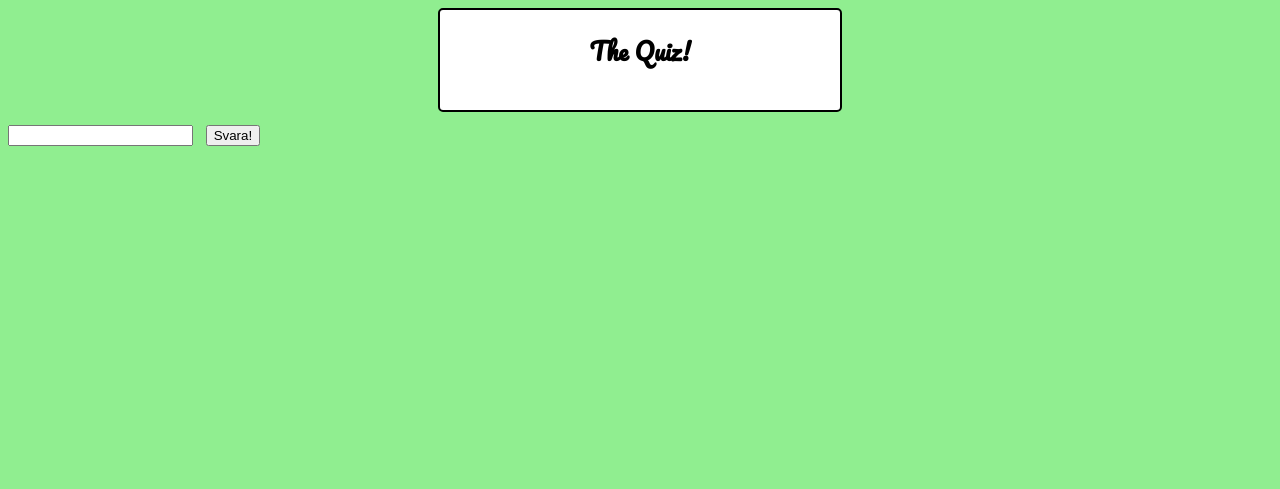
Repository: kn222gp/1dv403-laborationer
Page: 4-thequiz/index.html
The author's editor kept a record of every edit. The page is drawn from the files as they stood at one moment, then again after the next edit.
The browser window is 1280 px wide. The pictures show the whole page.

Above is the page before.

### 4-thequiz/index.html
<!DOCTYPE html>
<html lang="sv">
<head>
	<meta charset="UTF-8" />
 	<title>JavaScript - Laboration 4 - The Quiz</title>
 	<link rel="stylesheet" href="style.css" type="text/css" />
    <link href='https://fonts.googleapis.com/css?family=Pacifico' rel='stylesheet' type='text/css'>
</head>
<body>

    <header>
        <h2>The Quiz!</h2>
    </header>

    <section id="firstSection">
        <div id="sndSection">

        </div>
    </section>

        <form  id="secondSec">
            <input type="text" name="svar" id="text"/>
            <input type="submit" value="Svara!" id="submit"/>
        </form>

</body>

</html>

### 4-thequiz/style.css
body{
    background-color: LightGreen;
}

header{
    width: 400px;
    height: 100px;
    margin:auto;
    text-align:center;
    background-color:white;
    font-family: 'Pacifico', cursive;
    border-radius:5px;
    border: 2px solid black;
}


#firstSec{
    width:400px;
    height:300px;
    text-align:center;
    background-color:white;
    margin:auto;
    margin-top: 1%;
    border-radius:5px;
    border: 2px solid black;
     font-family: 'Pacifico', cursive;
}

#sndSection{
    width: 235px;
    margin-left:auto;
    margin-right:auto;
    margin-top:1%;
    background-color: white;

}

#text{
    float:left;
}

#submit{
    float:left;
    margin-left:1%;
}

After the next edit:
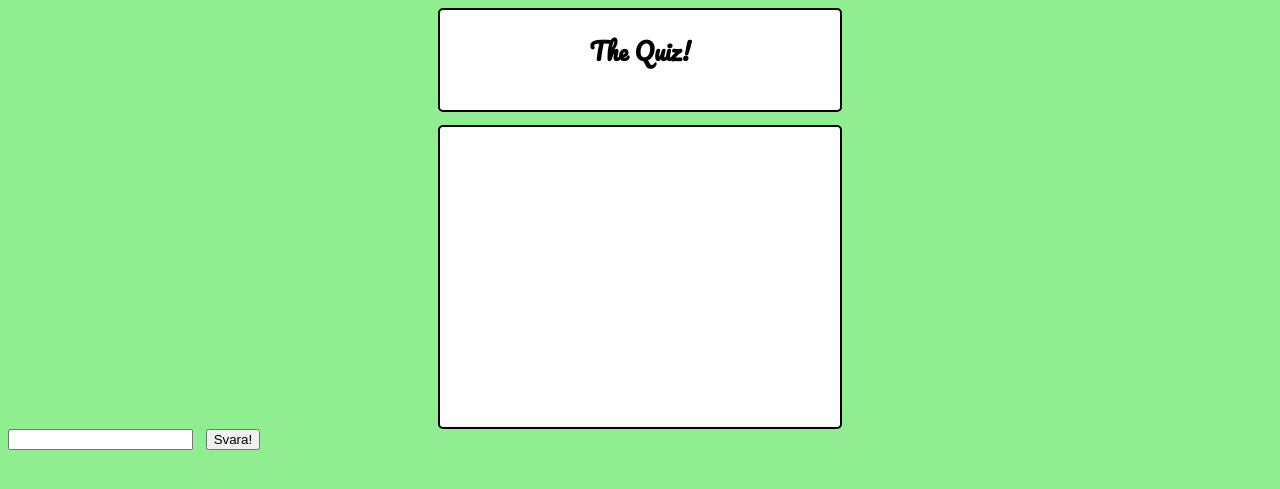
The edit:
--- a/4-thequiz/style.css
+++ b/4-thequiz/style.css
@@ -14,7 +14,7 @@
 }
 
 
-#firstSec{
+#firstSection{
     width:400px;
     height:300px;
     text-align:center;
